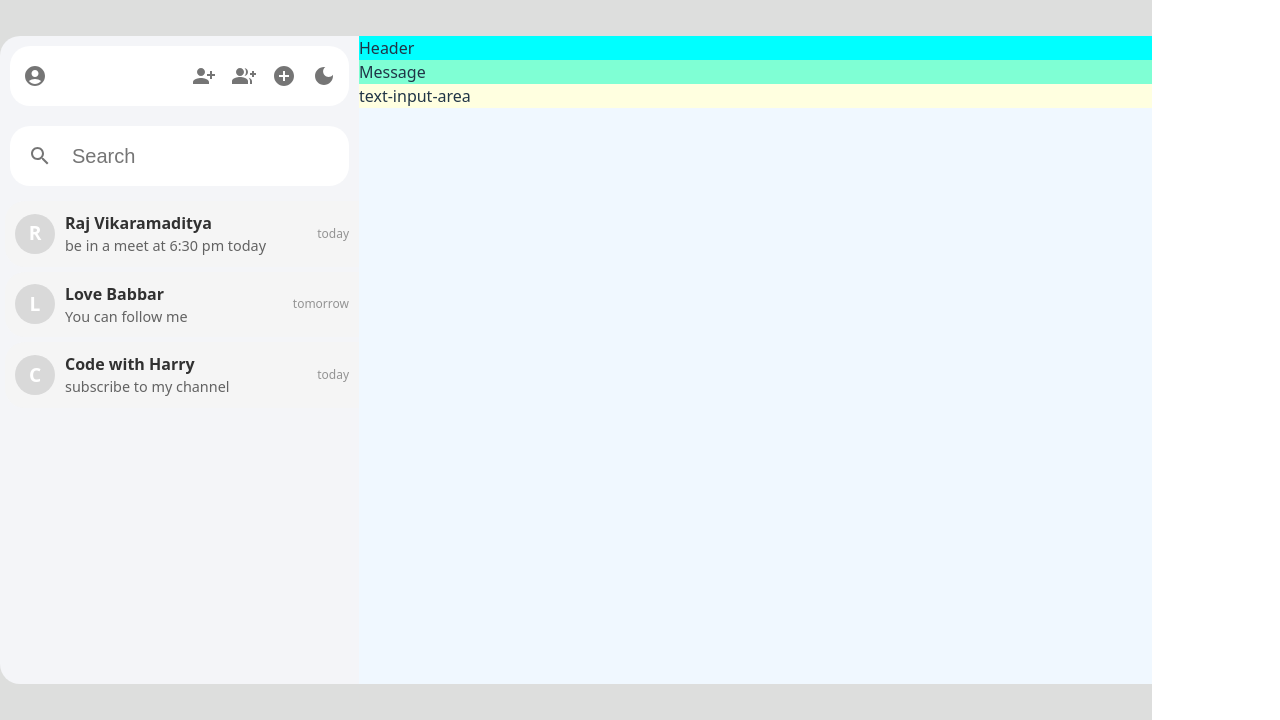
Repository: rahul-chakradhari/chat_app
Page: /
These files come from the project's save history. The page is drawn as it stood at one moment and after the next save; the edit follows.
The browser window is 1280 px wide. The pictures show the whole page.
The project was rebuilt for these pictures with package versions that can differ from the ones it lists, and the page was loaded fresh each time. Also part of the build but not shown: vite.config.js.

Above is the page before, as saved 2025-02-27 16:25:46.

After the next save:
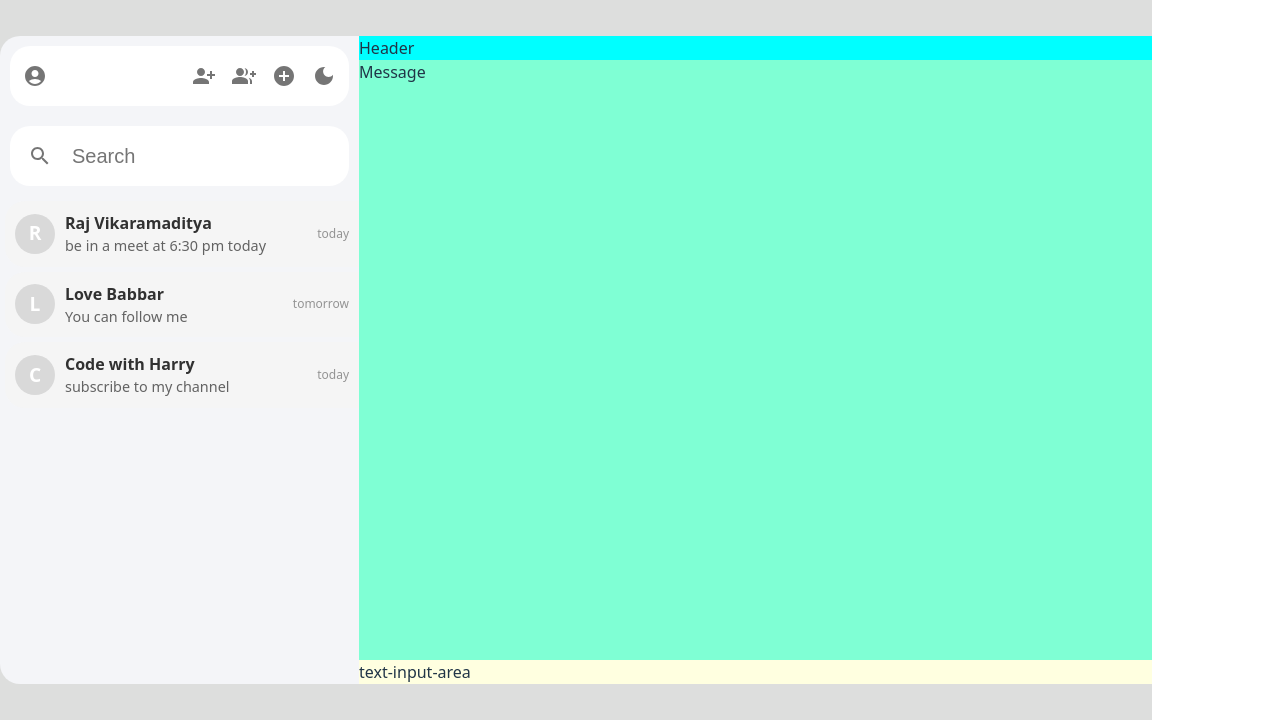
Saved 2 min 23 s later.
--- a/src/components/Mystyles.css
+++ b/src/components/Mystyles.css
@@ -100,6 +100,7 @@
 }
 .mess {
   background-color: aquamarine;
+  flex-grow: 1;
 }
 .inputbox {
   background-color: lightyellow;
